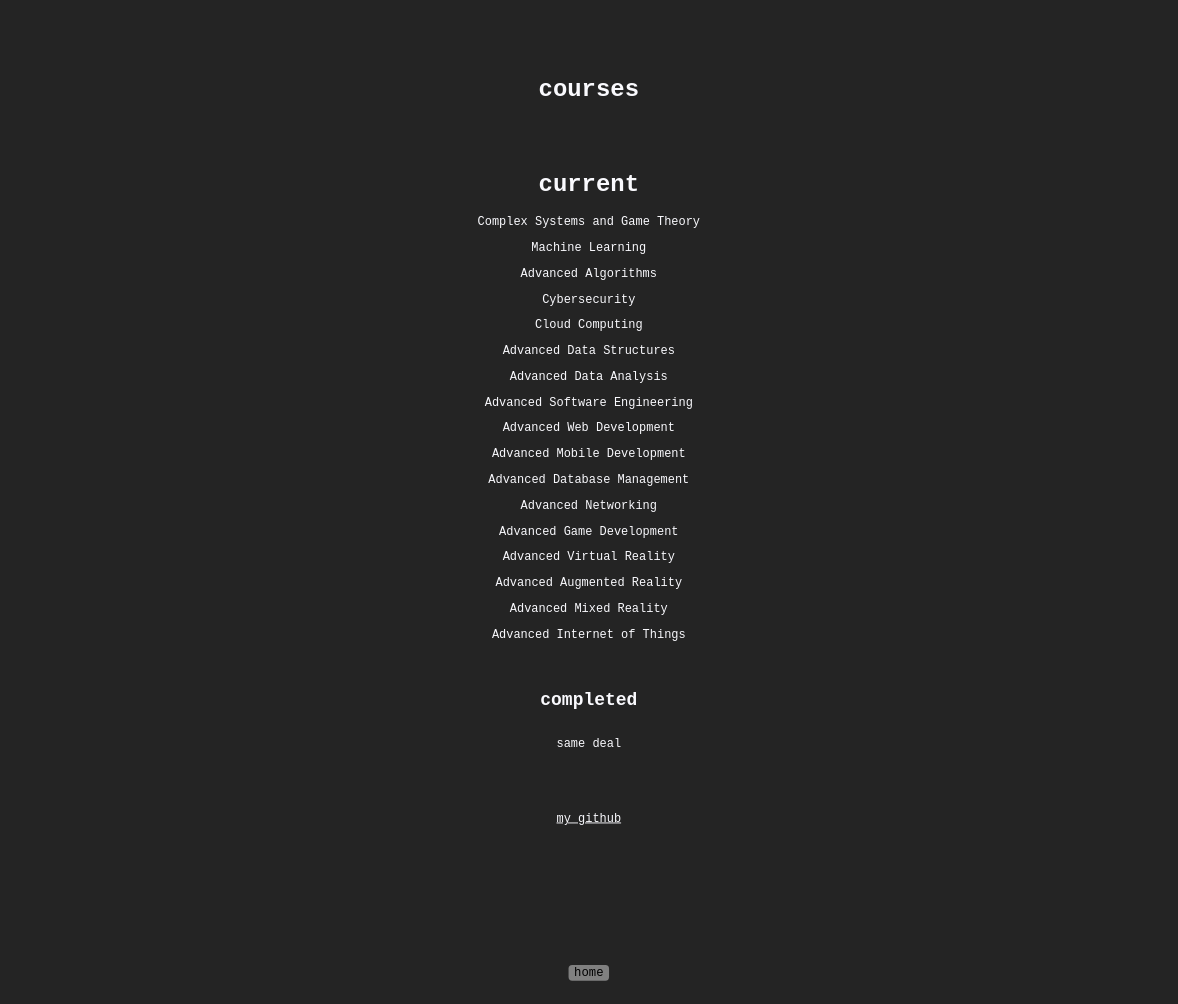
Repository: yellowspots/geneweb
Page: courses.html
An editor plug-in stored every save of this project. The page is shown before and after the next save, followed by the edit.
The browser window is 1280 px wide. The pictures show the whole page, at 92% of full size.

Above is the page before, as saved 2024-05-03 00:59:40.

### courses.html
<!DOCTYPE html>
<html>
    <link rel="stylesheet" type="text/css" href="styles.css">
<head>
    <title>projects</title>
</head>
<body>
    <div style="text-align: center; display: flex; align-items: center; justify-content: center; height: 20vh;">
        <h1>courses</h1>
    </div>
    <h1>current</h1>
        <p>Complex Systems and Game Theory</p>
        <p>Machine Learning</p>
        <p>Advanced Algorithms</p>
        <p>Cybersecurity</p>
        <p>Cloud Computing</p>

        <p>Advanced Data Structures</p>
        <p>Advanced Data Analysis</p>
        <p>Advanced Software Engineering</p>
        <p>Advanced Web Development</p>
        <p>Advanced Mobile Development</p>
        <p>Advanced Database Management</p>
        <p>Advanced Networking</p>


        <p>Advanced Game Development</p>
        <p>Advanced Virtual Reality</p>
        <p>Advanced Augmented Reality</p>
        <p>Advanced Mixed Reality</p>
        <p>Advanced Internet of Things</p>


    <div style="text-align: center; display: flex; flex-direction: column; align-items: center; justify-content: center; height: 20vh;">
    <h2>completed</h2>
        <p>same deal</p>
    </div>
    <div style="text-align: center; display: flex; flex-direction: column; align-items: center; justify-content: center; height: 10vh;">
        <a href="https://github.com/yerbymatey">my github</a>
    </div>
</body>
<footer>
    <button class="home-button" onclick="window.location.href='index.html'">
        <span>home</span>
    </button>
</footer>
</html>

### styles.css
body {
    background: rgb(36, 36, 36);
    text-align: center;
    margin: 0;
    padding: 25px;
}

#worldmap {
    margin: 20px;
}

#worldmap svg {
    background: rgba(68, 71, 72, 0.4);
    border-radius: 200px;
    box-shadow: 0 0 10px rgba(0, 0, 0, 0.4);
}

.land {
    fill: rgba(143, 142, 142, 0.94);
}

#globesarecool {
    color: #8a8992;
    text-shadow: 0 0 10px rgba(210, 210, 210, 0.4);
}

h1, h2, a, p {
    color: rgb(250, 250, 254);
    font-family: monospace;
}

.my-button {
    background-color: #656161;
    color: #252424;
    border: none;
    padding: 10px 20px;
    font-family: monospace;
    text-align: center;
    text-decoration: none;
    display: inline-block;
    font-size: 16px;
    cursor: pointer;
    border-radius: 6px;
    margin-bottom: 10px;
    margin-right: 1.0%;
    max-width: 175px;
    width: 100%;
    max-height: 60px;
    overflow: hidden;
    white-space: nowrap;

}

.home-button {
    width: auto;
    font-family: monospace;
    cursor: pointer;
    max-width: 160px;
    border: none;
    background-color: grey;
    box-sizing: border-box;
    white-space: nowrap;
    overflow: hidden;
    border-radius: 4px;
    margin-top: 10%;
    text-overflow: ellipsis;
}


@media only screen and (max-width: 600px) {
    .my-button {
        flex-direction: row !important;
        flex-wrap: wrap;
        justify-content: center;
    }
}


@media only screen and (max-width: 600px) {
    h2, #globesarecool {
        font-size: 4vw; /* Reduce font size on smaller screens */
    }
}

After the next save:
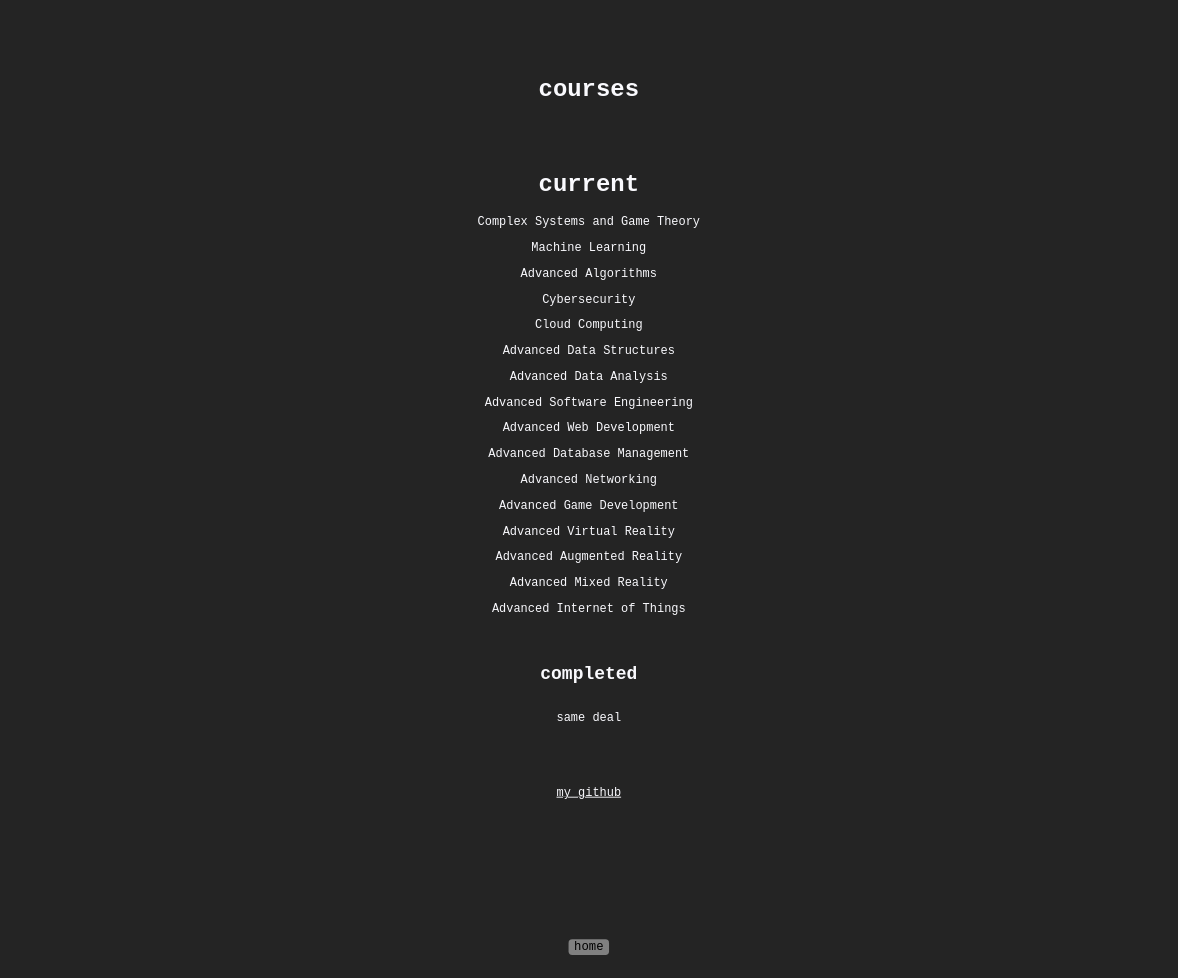
Saved 4 s later.
--- a/courses.html
+++ b/courses.html
@@ -19,7 +19,6 @@
         <p>Advanced Data Analysis</p>
         <p>Advanced Software Engineering</p>
         <p>Advanced Web Development</p>
-        <p>Advanced Mobile Development</p>
         <p>Advanced Database Management</p>
         <p>Advanced Networking</p>
 
